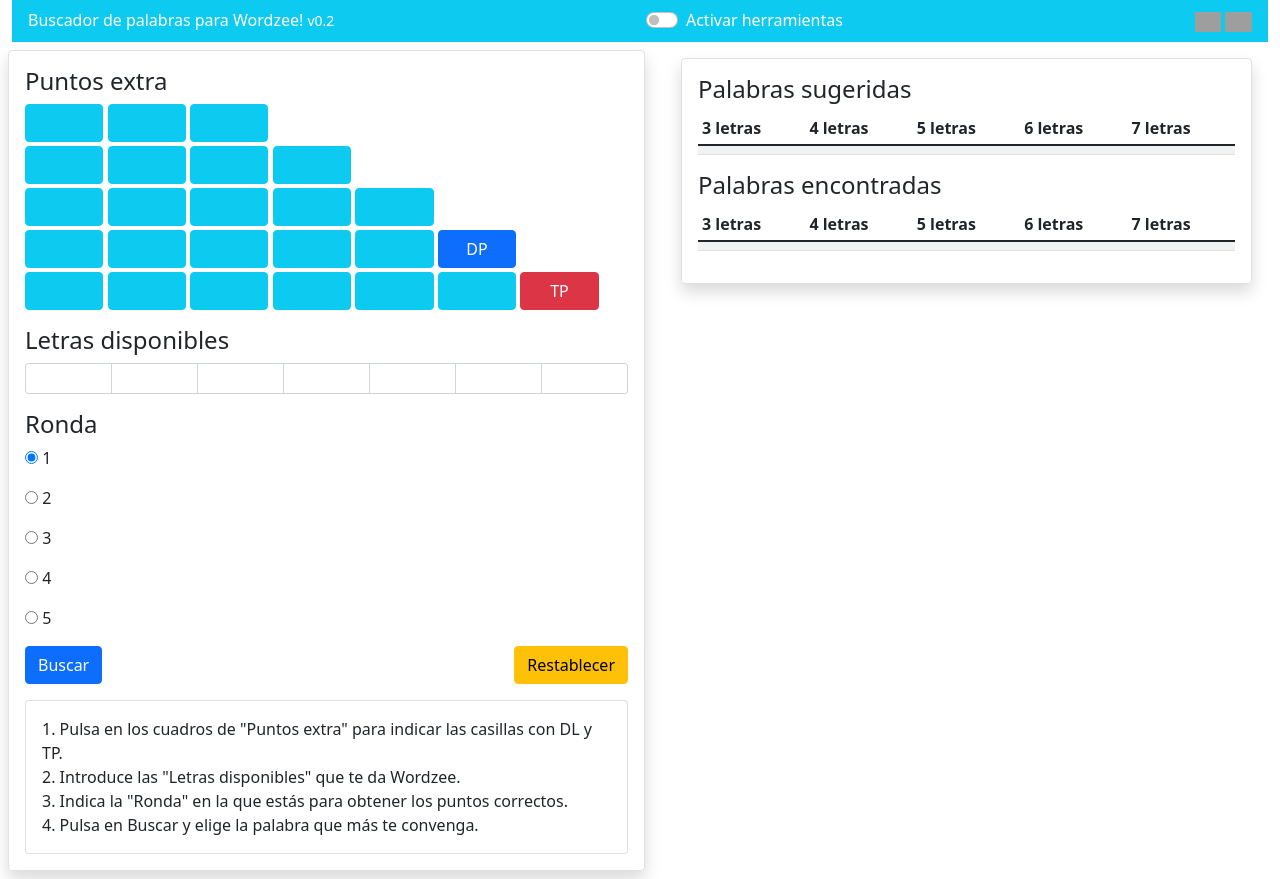
Repository: angelcafe/wordzee-bp_javascript
Page: index.html
These files come from the project's save history. The page is drawn as it stood at one moment and after the next save; the edit follows.
The browser window is 1280 px wide. The pictures show the whole page.
Pictures or frames that could not be fetched are drawn as grey boxes.

Above is the page before, as saved 2021-10-22 22:53:30.

After the next save:
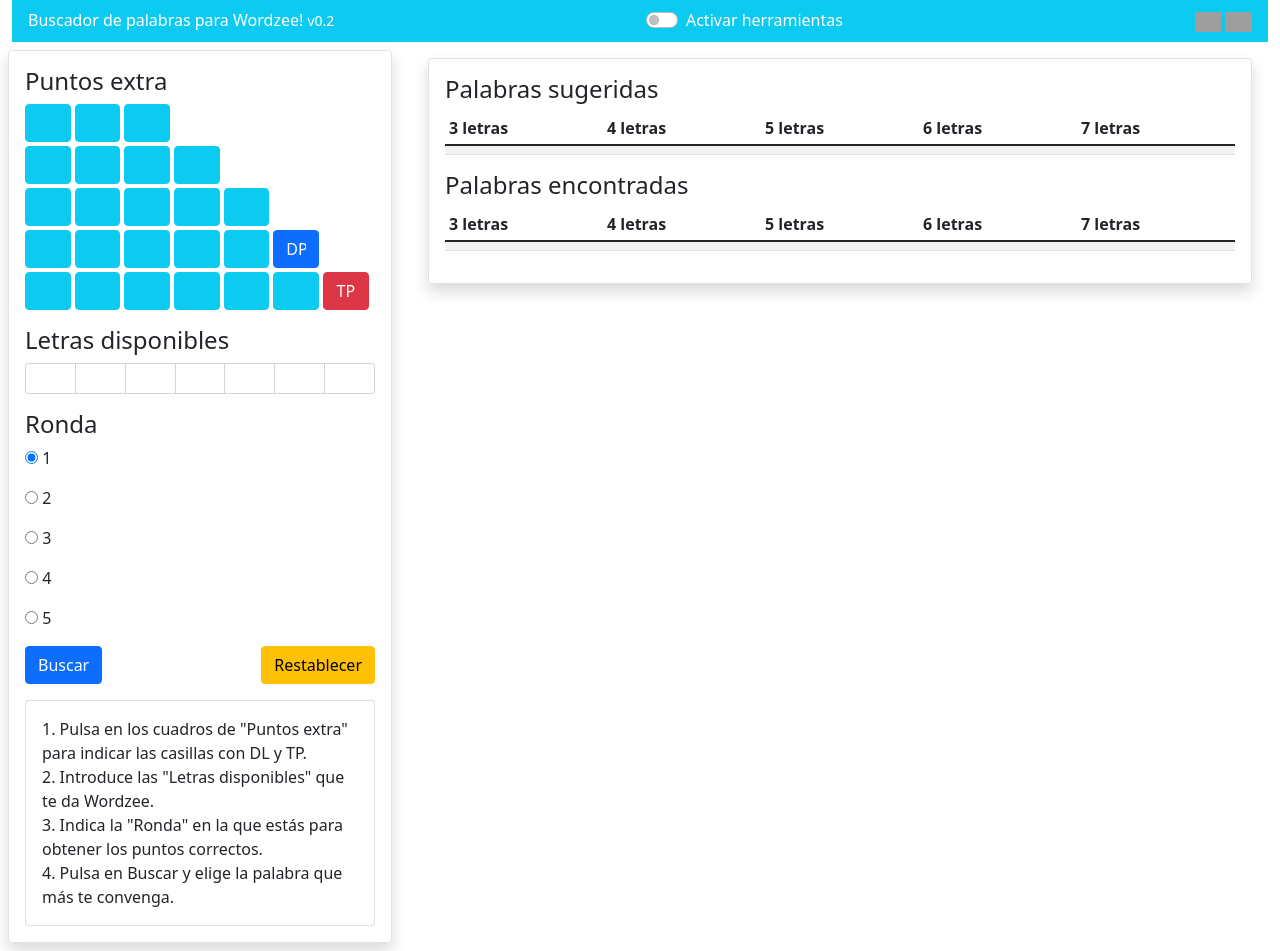
Saved 8 s later.
--- a/index.html
+++ b/index.html
@@ -36,8 +36,8 @@
             </li>
         </nav>
         <div class="row">
-            <div class="col border shadow rounded m-2 p-3">
-                <form name="principal" id="principal" method="POST">
+            <div class="col border shadow rounded m-2 p-3 principal">
+                <form name="principal" method="POST">
                     <div id="idPuntosExtra">
                         <h4>Puntos extra</h4>
                         <div class="p-0 mb-1">
